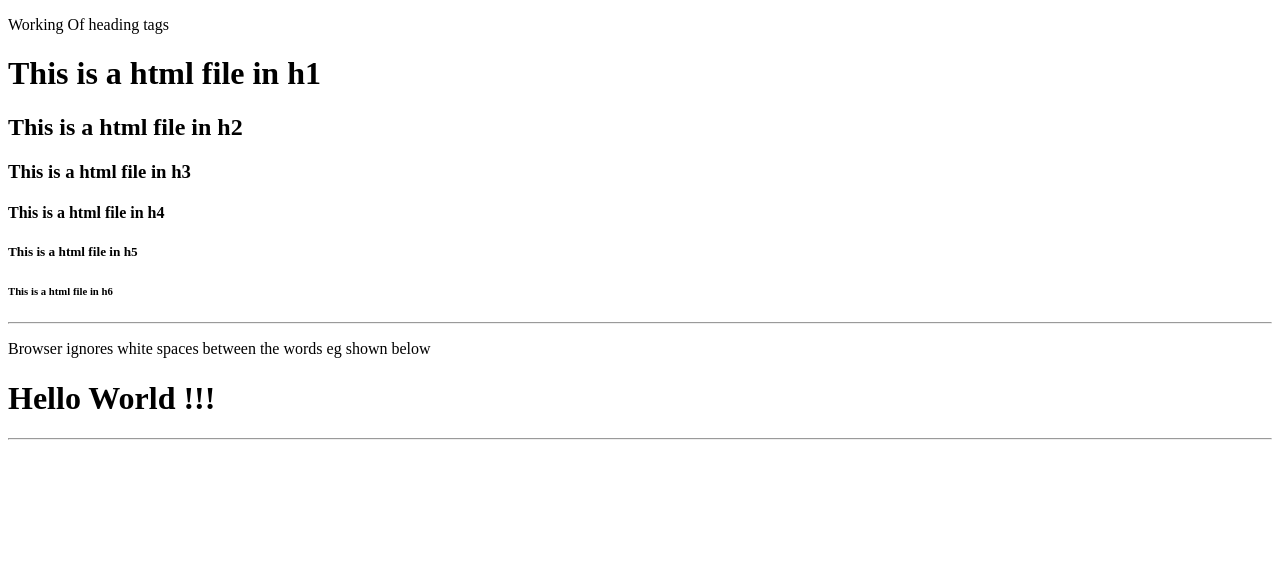
Repository: Datta2901/Basic-Html
Page: Heading.html
An editor plug-in stored every save of this project. The page is shown before and after a run of saves, followed by the edit.
The browser window is 1280 px wide. The pictures show the whole page.

Above is the page before, as saved 2021-01-11 14:42:31.

After the next 22 saves:
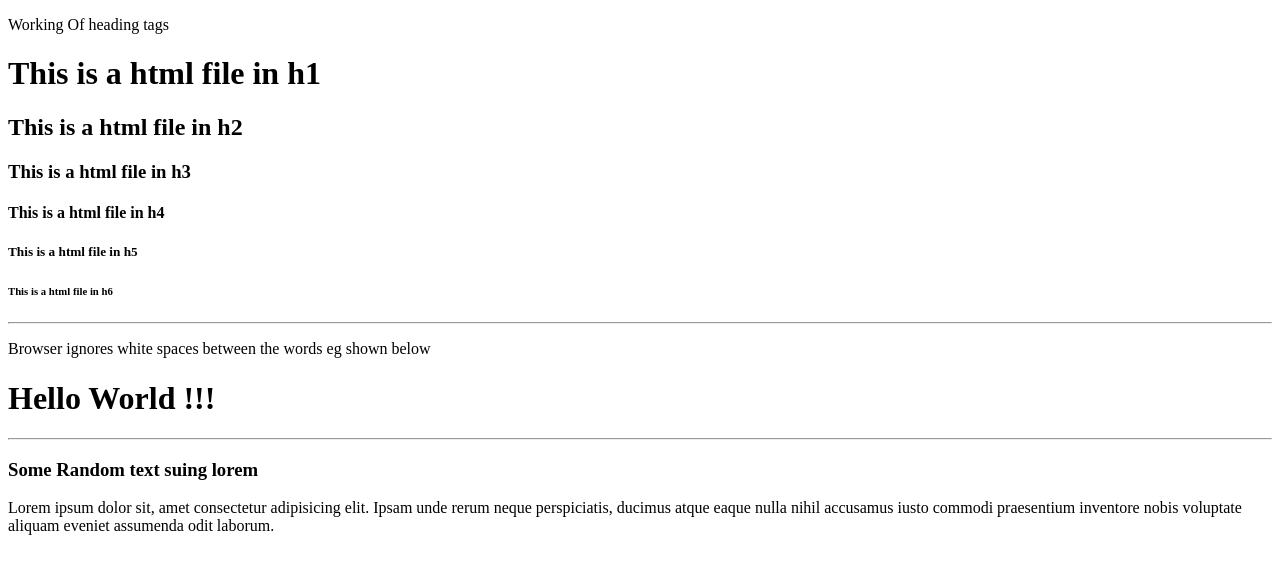
The 22 saves are shown as one change because they came seconds apart.
The last was saved 32 s later.
--- a/Heading.html
+++ b/Heading.html
@@ -16,5 +16,7 @@
         <p>Browser ignores white spaces between the words eg shown below</p>
         <h1>Hello       World           !!! </h1>
         <hr>
+        <h3>Some Random text suing lorem</h3>
+        <p>Lorem ipsum dolor sit, amet consectetur adipisicing elit. Ipsam unde rerum neque perspiciatis, ducimus atque eaque nulla nihil accusamus iusto commodi praesentium inventore nobis voluptate aliquam eveniet assumenda odit laborum.</p>
     </body>
 </html>
